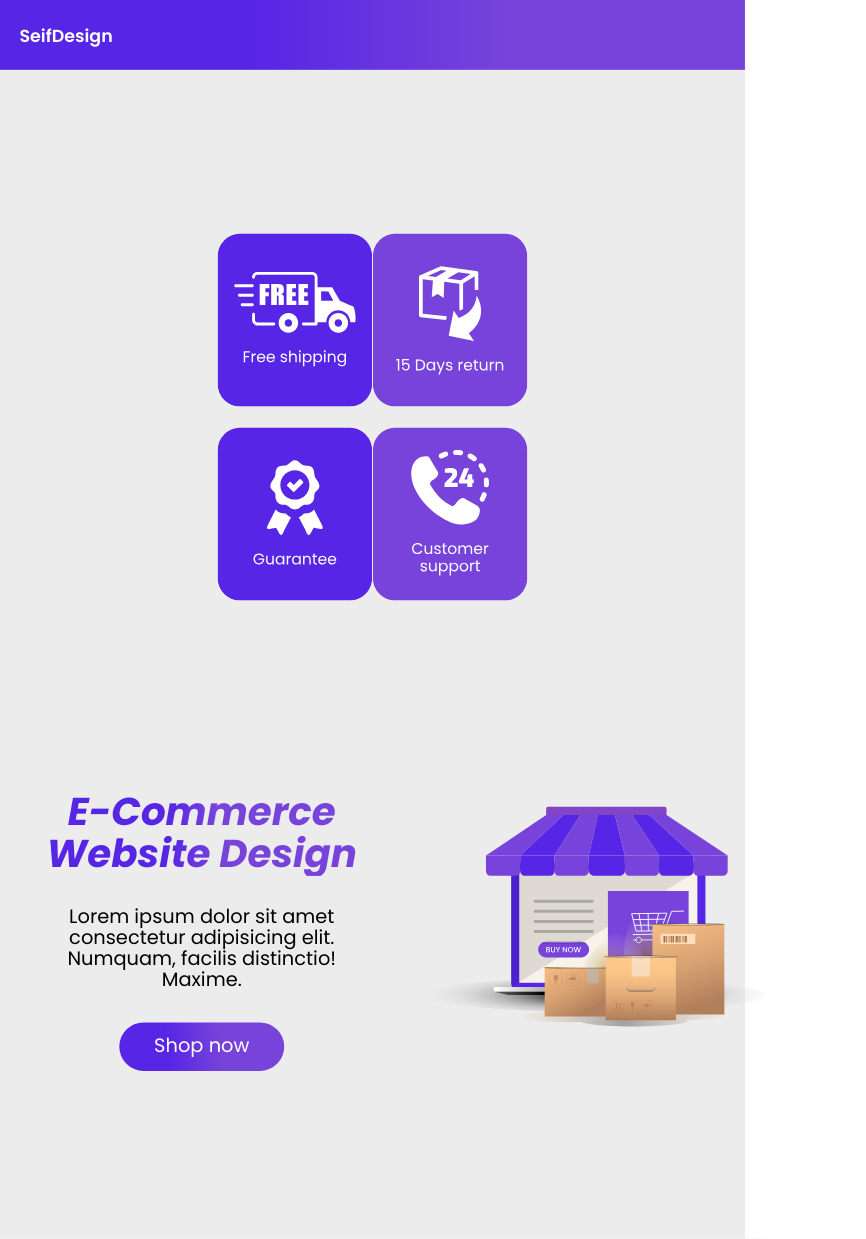
Repository: NatiqSamiyev/commers-desing-JS
Page: index.html
The author's editor kept a copy of each file at every save. The page is drawn from the files as they stood at one save, then again after the next save.
The browser window is 768 px wide. The page is 789 px wide, then 893 px, so the pictures cover 893 px, including what lies to the right of the window. The pictures show the whole page, at 97% of full size.
Some web fonts or font styles are not loaded; a fallback is used.

Above is the page before, as saved 2023-11-06 11:33:14.

### index.html
<!DOCTYPE html>
<html lang="en">
  <head>
    <meta charset="UTF-8" />
    <meta name="viewport" content="width=device-width, initial-scale=1.0" />
    <title>Document</title>
    <link rel="stylesheet" href="index.css" />
  </head>
  <body>
    <div class="commerse-design-container">
      <div class="top-container">
        <h1>SeifDesign</h1>

        <nav>
          <ul>
            <li>
              <a href="#">Product</a>
            </li>
            <li>
              <a href="#">Pricing</a>
            </li>
            <li>
              <a href="#">Contact</a>
            </li>
          </ul>
        </nav>


      </div>

      <main>
        <div class="image-container">
          <div class="box-1">
            <h2>E-Commerce Website Design</h2>
            <p>
              Lorem ipsum dolor sit amet consectetur adipisicing elit. Numquam,
              facilis distinctio! Maxime.
            </p>
            <button>
              <a href="#">Shop now</a>
            </button>
          </div>

          <div class="box-2">
            <img src="./image/Group.svg" alt="" />
          </div>
        </div>


        <div class="bottom-container">
          <div class="box-1">
            <img src="./image/Frame 12.svg" alt="" />
            <img src="./image/Frame 11.svg" alt="" />
          </div>
         <div class="box-2">
          <img src="./image/Frame 10.svg" alt="" />
          <img src="./image/Frame 13.svg" alt="" />
         </div>

        </div>
      </main>


  </body>
  <script src="./index.js"></script>
</html>

### index.css
@import url("https://fonts.googleapis.com/css2?family=Epilogue:wght@400;600;700;800;900&family=Inter:wght@400;500;600;700&family=Laila:wght@700&family=Open+Sans:wght@400;600;700;800&family=Poppins:ital,wght@0,400;0,500;0,600;0,700;1,700&family=Roboto+Slab:wght@700&family=Roboto:wght@400;700;900&display=swap");

* {
  margin: 0;
  padding: 0;
  box-sizing: border-box;
}

.commerse-design-container {
  width: 100%;
  padding: 0 0 33px 0;
  min-height: 100vh;
}

.top-container {
  width: 100%;
  padding: 16px 0 21px 34px;
  height: 72px;
  display: flex;
  justify-content: flex-start;
  align-items: center;
  background: linear-gradient(270deg, #7743db 31.64%, #5725e5 66.78%);
}

.top-container h1 {
  color: #fff;
  font-family: Poppins;
  font-size: 26px;
  font-style: normal;
  font-weight: 600;
  line-height: normal;
}

.top-container nav {
  margin-left: 200px;
}

.top-container nav ul {
  display: flex;
}

.top-container nav ul li {
  margin-right: 73px;
  list-style-type: none;
}

.top-container nav ul li a {
  text-decoration: none;
  color: #fff;
  text-align: center;
  font-family: Poppins;
  font-size: 24px;
  font-style: normal;
  font-weight: 300;
  line-height: normal;
}

.top-container form {
  display: none;
}

main {
  width: 100%;
  padding: 80px 83px;

}
main .image-container{
  margin-top: 98px;
  margin-bottom: 83px;
  display: flex;
  justify-content: space-between;
}

main .image-container .box-1 {
  padding: 3px 34px;
  height: 403px;
}

.box-1 h2 {
  margin-bottom: 32px;
  font-family: Poppins;
  font-size: 68px;
  font-style: italic;
  font-weight: 700;
  line-height: 109%;
  background: linear-gradient(268deg, #7743db 46.2%, #5725e5 59.09%);
  background-clip: text;
  -webkit-background-clip: text;
  -webkit-text-fill-color: transparent;
}

.box-1 p {
  margin-bottom: 32px;
  color: #000;
  font-family: Poppins;
  font-size: 26px;
  font-style: normal;
  font-weight: 300;
  line-height: 109%;
}

.box-1 button {
  width: 170px;
  height: 50px;
  padding: 0px 24px;
  display: flex;
  justify-content: center;
  align-items: center;
  gap: 10px;
  border-radius: 25px;
  background: linear-gradient(263deg, #7743db 38.81%, #5725e5 70.24%);
  border: none;
}

.box-1 button a {
  text-decoration: none;
  color: #fff;
  font-family: Poppins;
  font-size: 20px;
  font-style: normal;
  font-weight: 400;
  line-height: 109%;
}

.box-2 img {
  width: 677.61px;
  height: 437.417px;
}

.bottom-container {
  display: flex;
  justify-content: center;
}

.bottom-container img {
  margin-right: 64px;
  width: 178px;
  height: 199px;
  padding: 10px;
  border-radius: 25px;
}
.bottom-container .box-1{
  display: flex;
}

.bottom-container .box-2{
  display: flex;
}
/* mobile design */

@media screen and (max-width: 768px) {
  .commerse-design-container {
    background-color: #ececec;
  }

  .top-container {
    padding: 17.5px 20px;
    justify-content: space-between;
  }

  .top-container h1 {
    font-size: 18px;
  }

  .top-container nav {
    display: none;
  }

  .top-container form {
    width: 37px;
    display: flex;
    flex-direction: column;
  }

  .top-container form label {
    height: 10px;
  }

  .top-container form input {
    width: 37px;
    height: 5px;
    margin-bottom: 2px;
    border-radius: 3px;
    border: none;
  }

  main {
    margin-top: 111px;
    margin-bottom: 0;
    padding: 0;
    display: flex;
    flex-direction: column-reverse;
    align-items: center;
  }

  .box-2 {
    margin-bottom: 29px;
    display: flex;
    justify-content: center;
    align-items: center;
  }

  .box-2 img {
    width: 352px;
    height: 256.511px;
  }

 .image-container .box-1 {
    width: 100%;
    padding: 0;
    height: 312px;
    display: flex;
    justify-content: center;
    flex-direction: column;
    align-items: center;
  }

 .image-container .box-1 h2 {
    width: 390px;
    text-align: center;
    font-size: 40px;
  }

  .box-1 p {
    width: 332px;
    text-align: center;
    font-size: 20px;
  }

  .bottom-container {
    margin: auto;
    width: 345px;
    margin-top: 46px;
    display: flex;
    height: 431px;
    flex-direction: column;
    justify-content: center;
    align-items: center;
    gap: 20px;
    flex-wrap: wrap;
  }

  .bottom-container img {
    width: 160px;
    height: 180px;
    padding: 0;
    margin-right: 0;
  }

  .box-1 button {
    margin-bottom: 0;
  }
}

Loaded but not shown: index.js (no stored copy; drawn as an empty file)

After the next save:
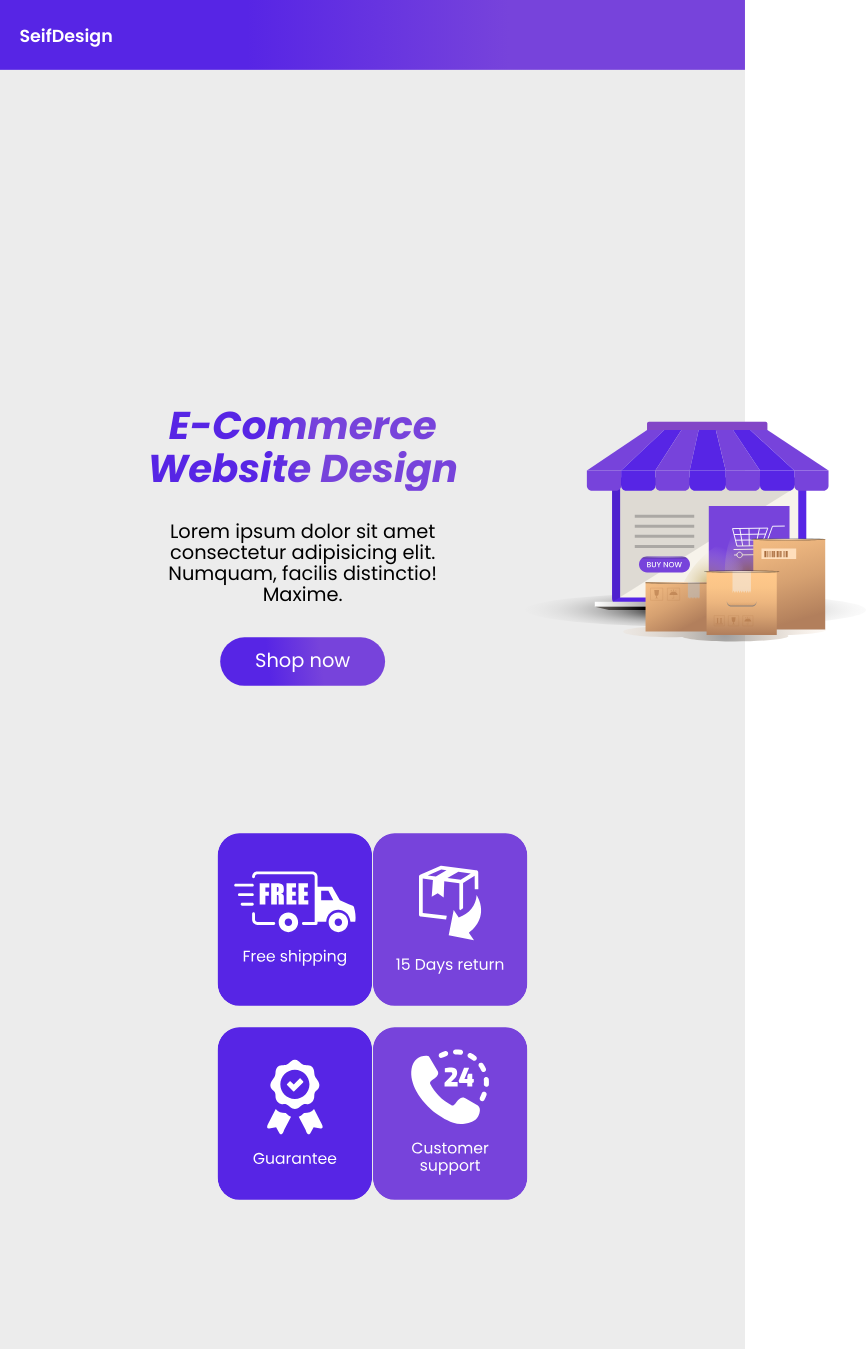
Saved 52 s later.
--- a/index.css
+++ b/index.css
@@ -187,10 +187,7 @@ main .image-container .box-1 {
   main {
     margin-top: 111px;
     margin-bottom: 0;
-    padding: 0;
-    display: flex;
-    flex-direction: column-reverse;
-    align-items: center;
+
   }
 
   .box-2 {
